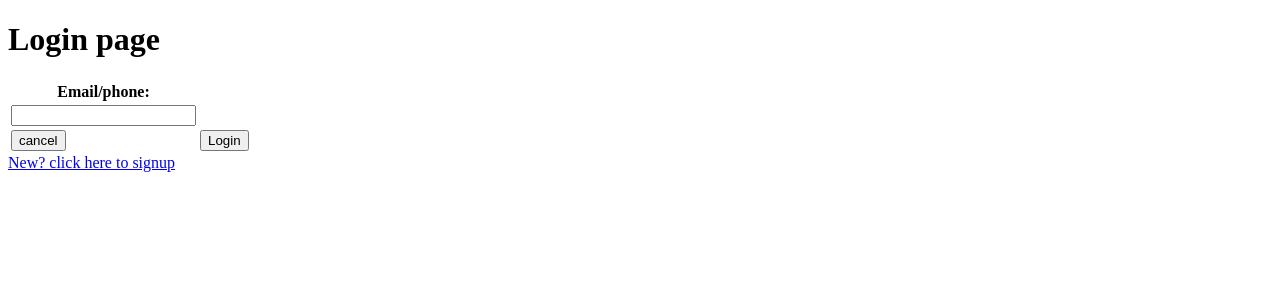
Repository: Sindhusrinivas25/Spring_calculator-project
Page: http://localhost/mvc_signup_login/login.jsp
The author's editor kept a copy of each file at every save. The page is drawn from the files as they stood at one save, then again after the next save.
The browser window is 1280 px wide. The pictures show the whole page.
The page is served by Tomcat 9. Other server files are loaded and not shown.

Above is the page before, as saved 2023-02-11 13:00:20.

### mvc_signup_login/src/main/webapp/login.jsp
<%@ page language="java" contentType="text/html; charset=ISO-8859-1"
    pageEncoding="ISO-8859-1"%>
<!DOCTYPE html>
<html>
<head>
<meta charset="ISO-8859-1">
<title>Login</title>
</head>
<body>
<h1>Login page</h1>
<form action="">
<table>
<tr><th>Email/phone:</th>
<tr>
<td><input type="password" name="pwd">
</tr>
<tr>
<td><button type="reset">cancel</button>
<td><button>Login</button></td>
</tr>
</table>
</form>
<a href="Load">New? click here to signup</a>




</body>
</html>

After the next save:
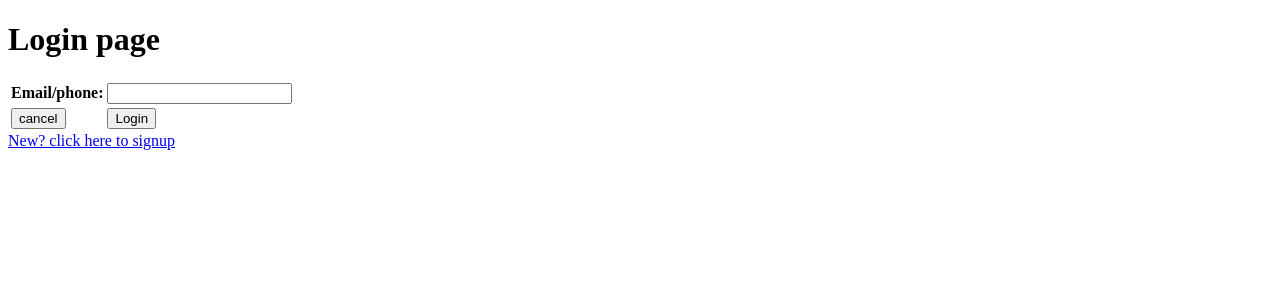
Saved 72 s later.
--- a/mvc_signup_login/src/main/webapp/login.jsp
+++ b/mvc_signup_login/src/main/webapp/login.jsp
@@ -10,8 +10,9 @@
 <h1>Login page</h1>
 <form action="">
 <table>
-<tr><th>Email/phone:</th>
 <tr>
+<th>Email/phone:</th>
+
 <td><input type="password" name="pwd">
 </tr>
 <tr>
